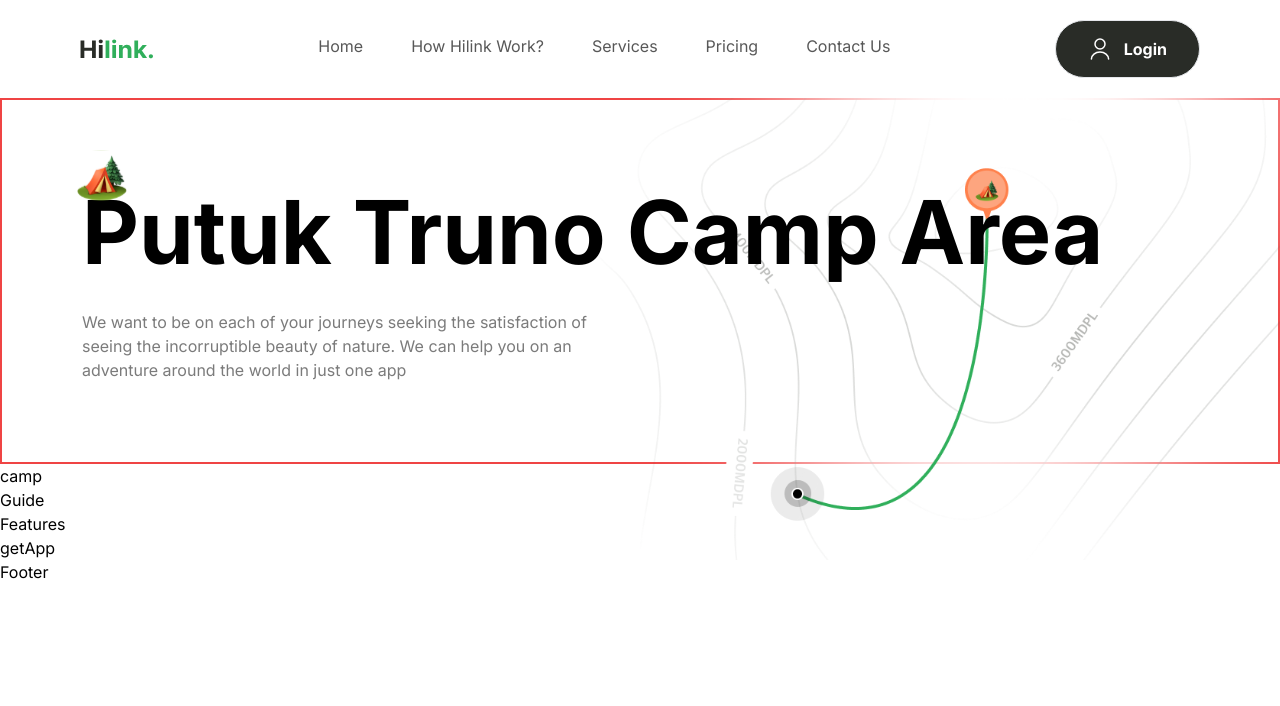
Repository: tarun4141/travel-app
Page: /
These files come from the project's save history. The page is drawn as it stood at one moment and after a run of saves; the edit follows.
The browser window is 1280 px wide. The pictures show the whole page.
The project was rebuilt for these pictures with package versions that can differ from the ones it lists, and the page was loaded fresh each time. The framework's server and built-in components were replaced by stand-ins that run in the browser. Also part of the build but not shown: next.config.mjs.

Above is the page before, as saved 2024-06-23 02:53:18.

### app/layout.tsx
import type { Metadata } from "next";

import "./globals.css";
import Navbar from "@/components/Navbar";
import Footer from "@/components/Footer";



export const metadata: Metadata = {
  title: "Travel App",
  description: "Travel next app",
};

export default function RootLayout({
  children,
}: Readonly<{
  children: React.ReactNode;
}>) {
  return (
    <html lang="en">

      <body >

      <Navbar/>
      <main className="relative overflow-hidden">
      {children}

      </main>

      <Footer/>
      </body>
    </html>
  );
}

### app/page.tsx
import Camp from "@/components/Camp";
import Features from "@/components/Features";
import GetApp from "@/components/GetApp";
import Guide from "@/components/Guide";
import Hero from "@/components/Hero";


export default function Home() {
  return (
  <>
  <Hero/>
  <Camp/>
  <Guide/>
  <Features/>
  <GetApp/>

  </>
  );
}

### components/Navbar.tsx
import { NAV_LINKS } from '@/constants'
import Image from 'next/image'
import Link from 'next/link'
import React from 'react'
import Button from './Button'

const Navbar = () => {
  return (
   <nav className='
  flexBetween max-container
  padding-container
  relative z-30 py-5 '>
   <Link href="/">
   <Image src="/hilink-logo.svg"
   alt='logo'
   width={74}
   height={29}
   />


   </Link>
   <ul className='hidden h-full gap-12 lg:flex'>

   {NAV_LINKS.map((link)=>(
      <Link href={link.href} key={link.key}
      className='regular-16 text-gray-50 flexCenter cursor-pointer pb-1.5 transition-all hover:font-bold '>
      {link.label}
      </Link>
   ))}


 </ul>

<div className='lg:flexCenter hidden'>
   <Button
   type="button"
   title="Login"
   icon="/user.svg"
   variant="btn_dark_green"
   />
</div>
<Image
src="menu.svg"
alt='menu'
width={32}
height={32}
className='inline-block cursor-pointer lg:hidden'

/>



   </nav>
  )
}

export default Navbar

### components/Camp.tsx
import React from 'react'

const Camp = () => {
  return (
    <div>
      camp
    </div>
  )
}

export default Camp

### components/Features.tsx
import React from 'react'

const Features = () => {
  return (
    <div>
      Features
    </div>
  )
}

export default Features

### components/GetApp.tsx
import React from 'react'

const GetApp = () => {
  return (
    <div>
      getApp
    </div>
  )
}

export default GetApp

### components/Guide.tsx
import React from 'react'

const Guide = () => {
  return (
    <div>
      Guide
    </div>
  )
}

export default Guide

### components/Hero.tsx
import Image from 'next/image'
import React from 'react'

const Hero = () => {
  return (
    <section className='max-container padding-container flex flex-col
    gap-20 py-10 pb-32 md:gap-28 lg:py-20 xl:flex-row border-2
     border-red-500'>

        <div className='hero-map'></div>

        <div className='relative z-20 flex flex-1 flex-col xl:w-1/2' >
        <Image
        src="/camp.svg"
        alt='camp'
        width={50}
        height={50}
        className='absolute left-[-5px] top-[-30px] w-10 lg:w-[50px]'
        />
        <h1 className='bold-52 lg:bold-88'>Putuk Truno Camp Area</h1>
        <p className="regular-16 mt-6 text-gray-30 xl:max-w-[520px]">
          We want to be on each of your journeys seeking the satisfaction of seeing the incorruptible beauty of nature. We can help you on an adventure around the world in just one app
        </p>
        <div >


        </div>





        </div>



    </section>
  )
}

export default Hero

### constants/index.ts
//NAVIGATION
export const NAV_LINKS = [
    { href: '/', key: 'home', label: 'Home' },
    { href: '/', key: 'how_hilink_work', label: 'How Hilink Work?' },
    { href: '/', key: 'services', label: 'Services' },
    { href: '/', key: 'pricing ', label: 'Pricing ' },
    { href: '/', key: 'contact_us', label: 'Contact Us' },
  ];

  // CAMP SECTION
  export const PEOPLE_URL = [
    '/person-1.png',
    '/person-2.png',
    '/person-3.png',
    '/person-4.png',
  ];

  // FEATURES SECTION
  export const FEATURES = [
    {
      title: 'Real maps can be offline',
      icon: '/map.svg',
      variant: 'green',
      description:
        'We provide a solution for you to be able to use our application when climbing, yes offline maps you can use at any time there is no signal at the location',
    },
    {
      title: 'Set an adventure schedule',
      icon: '/calendar.svg',
      variant: 'green',
      description:
        "Schedule an adventure with friends. On holidays, there are many interesting offers from Hilink. That way, there's no more discussion",
    },
    {
      title: 'Technology using augment reality',
      icon: '/tech.svg',
      variant: 'green',
      description:
        'Technology uses augmented reality as a guide to your hiking trail in the forest to the top of the mountain. Already supported by the latest technology without an internet connection',
    },
    {
      title: 'Many new locations every month',
      icon: '/location.svg',
      variant: 'orange',
      description:
        'Lots of new locations every month, because we have a worldwide community of climbers who share their best experiences with climbing',
    },
  ];

  // FOOTER SECTION
  export const FOOTER_LINKS = [
    {
      title: 'Learn More',
      links: [
        'About Hilink',
        'Press Releases',
        'Environment',
        'Jobs',
        'Privacy Policy',
        'Contact Us',
      ],
    },
    {
      title: 'Our Community',
      links: ['Climbing xixixi', 'Hiking hilink', 'Hilink kinthill'],
    },
  ];

  export const FOOTER_CONTACT_INFO = {
    title: 'Contact Us',
    links: [
      { label: 'Admin Officer', value: '123-456-7890' },
      { label: 'Email Officer', value: 'hilink@akinthil.com' },
    ],
  };

  export const SOCIALS = {
    title: 'Social',
    links: [
      '/facebook.svg',
      '/instagram.svg',
      '/twitter.svg',
      '/youtube.svg',
      '/wordpress.svg',
    ],
  };

### components/Button.tsx
import Image from "next/image";


type ButtonProps ={
  type: "button"|"submit";
  title:string;
  icon?:string;
  variant:'btn_dark_green'
}

const Button = ({type,title,icon,variant}:ButtonProps) => {
  return (
    <button
    className={`flexCenter gap-3 rounded-full border ${variant}`}

    type={type}>

        {icon && <Image src={icon} alt={title} width={24} height={24} />}
   <label className="bold-16 whitespace-nowrap">{title}</label>

    </button>

  )
}

export default Button

Loaded but not shown: app/globals.css (common file); components/Footer.tsx (common file); tailwind.config.ts (common file)

After the next 20 saves:
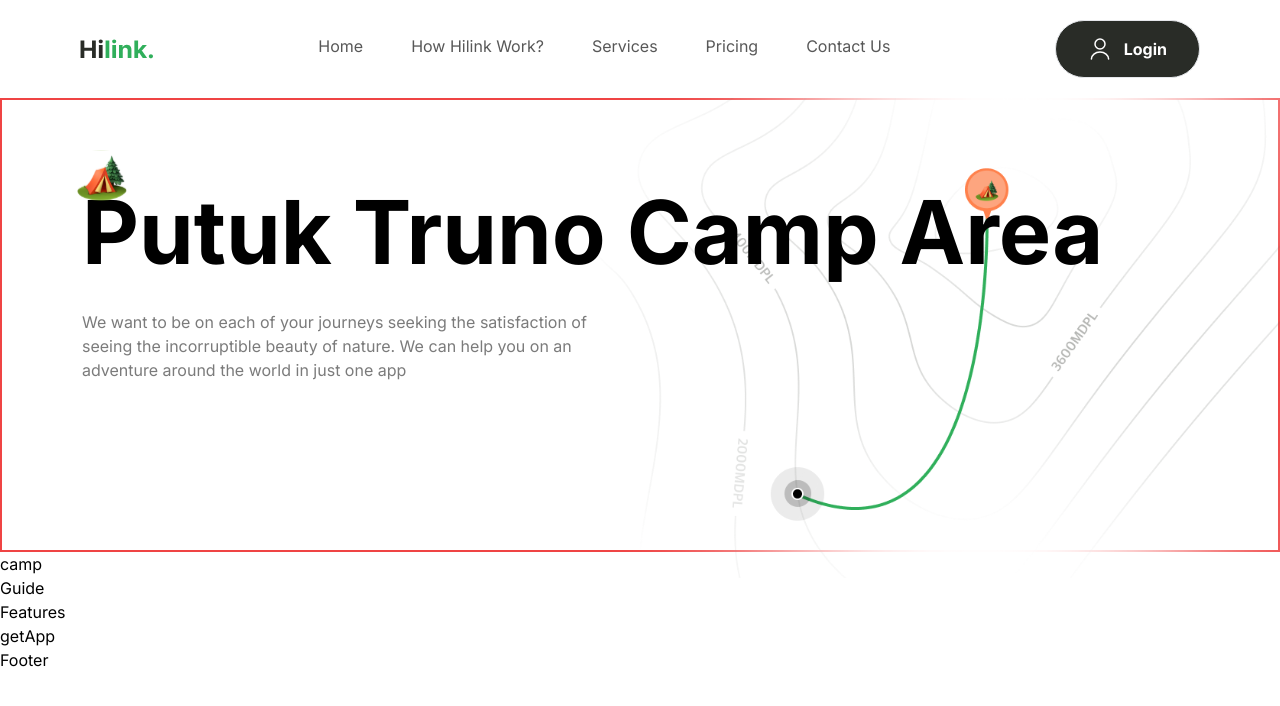
The 20 saves are shown as one change because they came seconds apart.
The last was saved 28 s later.
--- a/components/Hero.tsx
+++ b/components/Hero.tsx
@@ -21,7 +21,8 @@
         <p className="regular-16 mt-6 text-gray-30 xl:max-w-[520px]">
           We want to be on each of your journeys seeking the satisfaction of seeing the incorruptible beauty of nature. We can help you on an adventure around the world in just one app
         </p>
-        <div >
+        <div className='my-11 flex fle-wrap gap-5'>
+            <div></div>
 
 
         </div>
